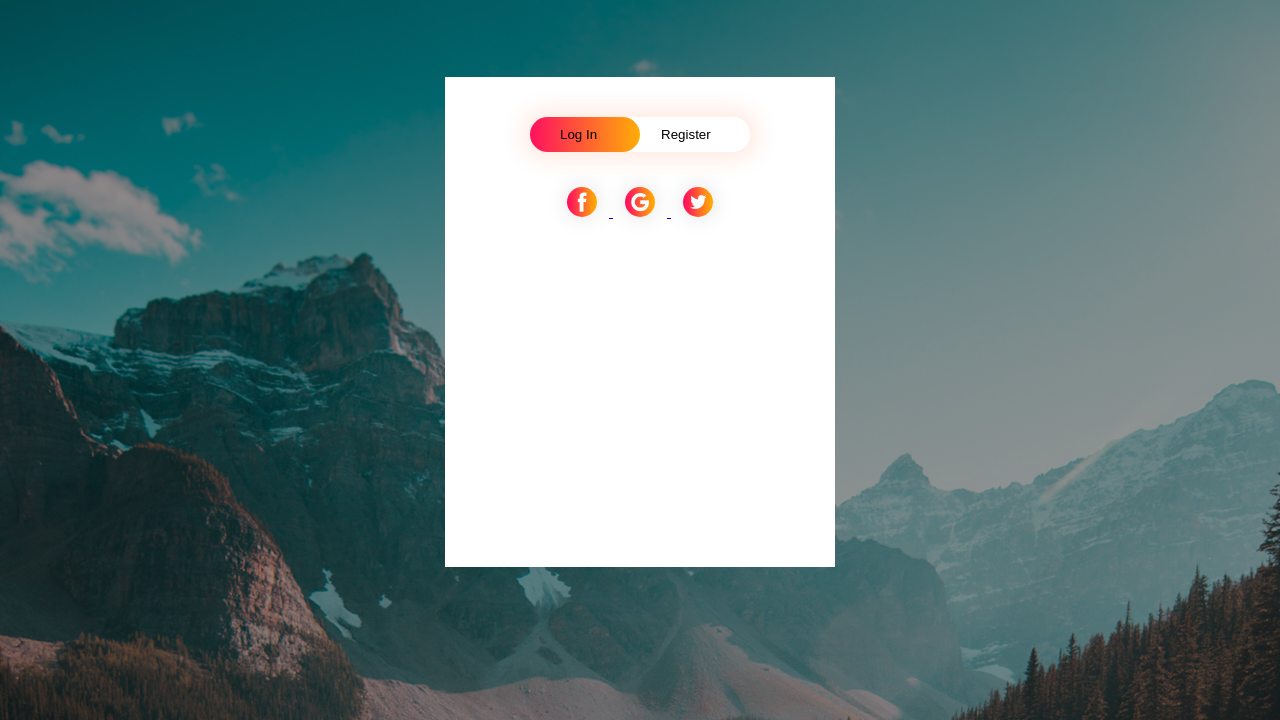
Repository: dung8466/Sign_in_page
Page: index.html
The author's editor kept a copy of each file at every save. The page is drawn from the files as they stood at one save, then again after the next save.
The browser window is 1280 px wide. The pictures show the whole page.

Above is the page before, as saved 2021-10-06 22:31:07.

### index.html
<!DOCTYPE html>
<!DOCTYPE html>
<html lang="en">
<head>
    <meta charset="UTF-8">
    <meta http-equiv="X-UA-Compatible" content="IE=edge">
    <meta name="viewport" content="width=device-width, initial-scale=1.0">
    <title>Sign In</title>
    <link rel="stylesheet" href="style.css">
</head>
<body>
    <div class="main-pg">
        <div class="sign-in-form">
            <div class="button-box">
                <div id="btn"></div>
                <button type="button" class="toggle-btn">Log In</button>
                <button type="button" class="toggle-btn">Register</button>
            </div>
            <div class="social-icon">
                <a href="https://www.facebook.com/">
                    <img src="src/fb.png" alt="">
                </a>
                <a href="https://www.google.com/">
                    <img src="src/gp.png" alt="">
                </a>
                <a href="https://twitter.com/">
                    <img src="src/tw.png" alt="">
                </a>
            </div>
        </div>

    </div>
</body>
</html>

### style.css
*{
    margin: 0;
    padding: 0;
}

.main-pg{
    height: 100%;
    width: 100%;
    background-image: linear-gradient(rgba(0,0,0,0.4),rgba(0,0,0,0.4)),url("src/banner.jpg");
    background-position: center;
    background-size: cover;
    position: absolute;
}

.sign-in-form{
    width: 380px;
    height: 480px;
    position: relative;
    margin: 6% auto;
    background: #fff;
    padding: 5px;
}

.button-box{
    width: 220px;
    margin: 35px auto;
    position: relative;
    box-shadow: 0 0 20px 9px #ff61241f;
    border-radius: 30px;
}

.toggle-btn{
    padding: 10px 30px;
    cursor: pointer;
    background: transparent;
    border: 0;
    outline: none;
    position: relative;
}

#btn{
    width: 110px;
    height: 100%;
    top: 0;
    left: 0;
    position: absolute;
    background: linear-gradient(to right,#ff105f,#ffad06);
    border-radius: 30px;
    transition: .5s;
}

.social-icon{
    margin: 30px auto;
    text-align: center;
}

.social-icon img{
    width: 30px;
    margin: 0 12px;
    box-shadow: 0 0 20px 0 #7f7f7f3d;
    border-radius: 50%;
}

After the next save:
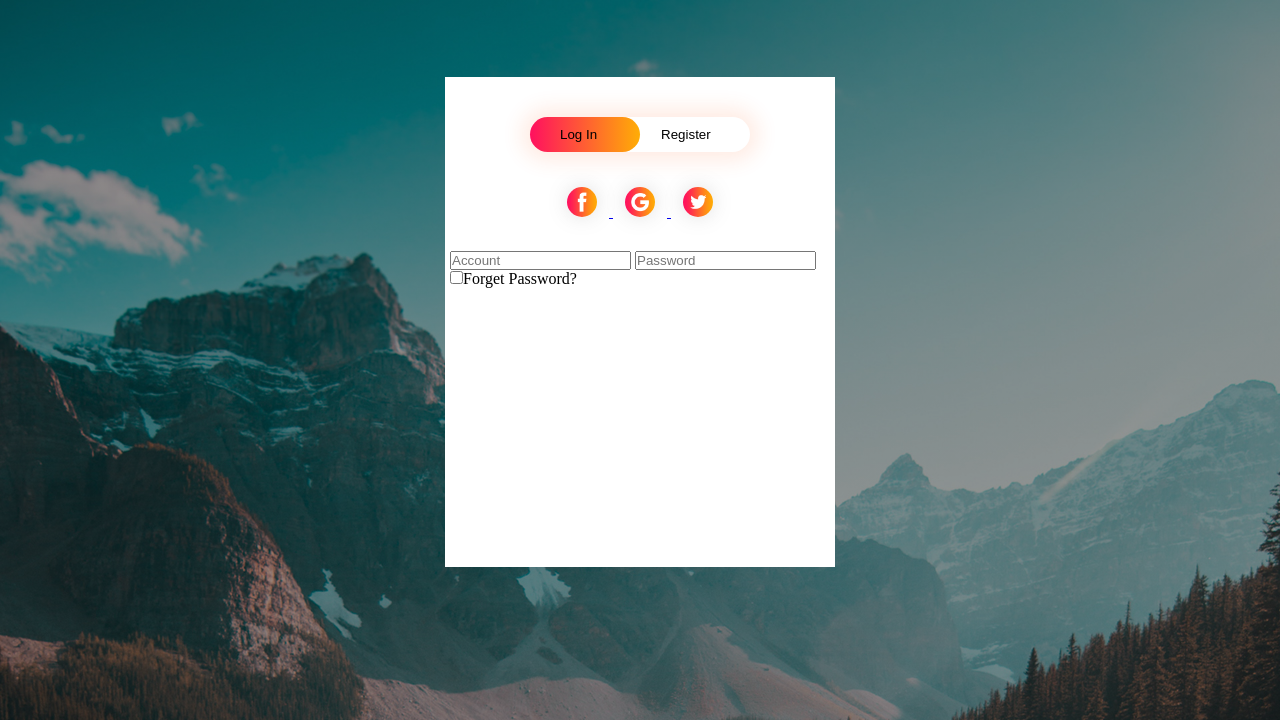
Saved 2 min 46 s later.
--- a/index.html
+++ b/index.html
@@ -27,8 +27,12 @@
                     <img src="src/tw.png" alt="">
                 </a>
             </div>
+            <form action="" class="int-grp">
+                <input type="text" class="input-filed" placeholder="Account" required>
+                <input type="text" class="input-filed" placeholder="Password" required>
+                <input type="checkbox" class="checkbox"><span>Forget Password?</span>
+            </form>
         </div>
-
     </div>
 </body>
 </html>
